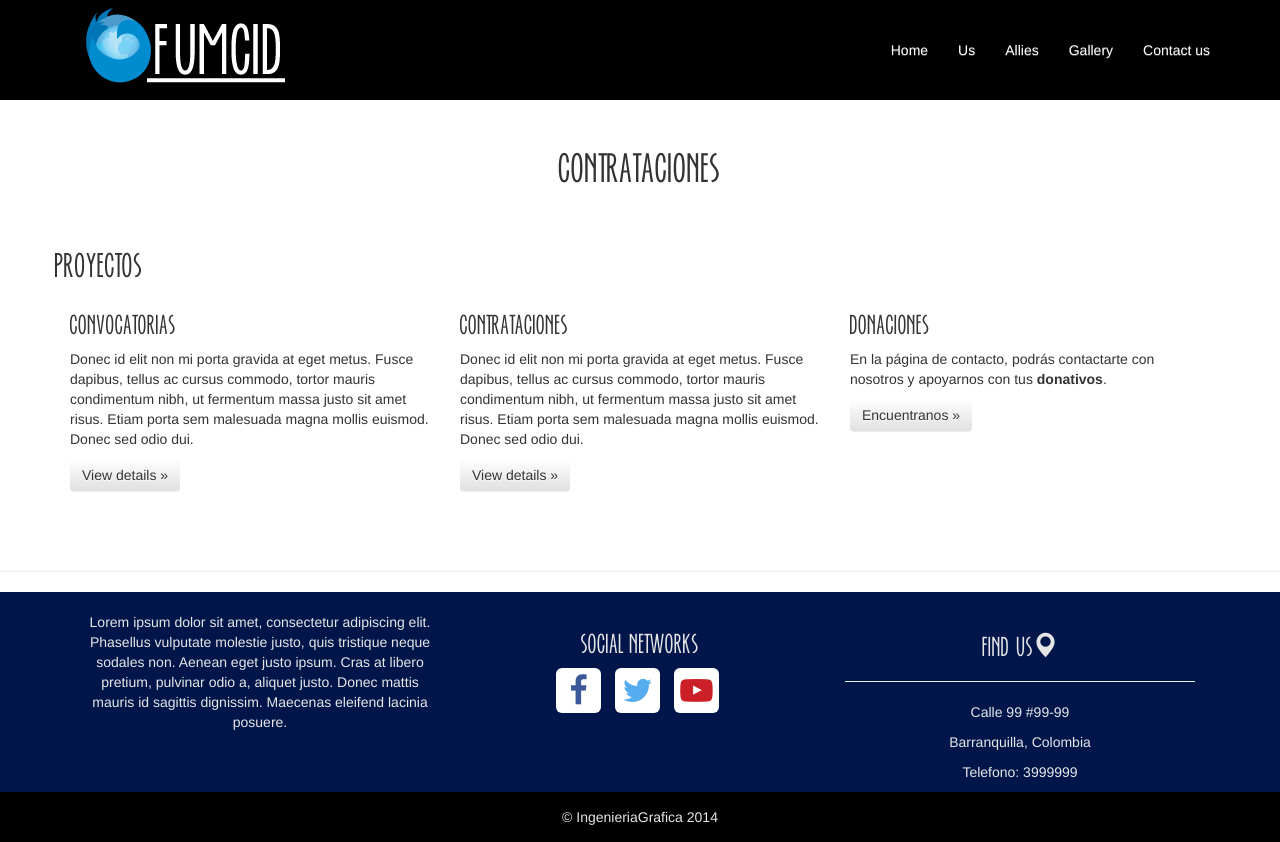
Repository: aarguelles93/Prototipo-portal-FUMCID
Page: http://localhost/contrataciones.php
The author's editor kept a record of every edit. The page is drawn from the files as they stood at one moment, then again after the next edit.
The browser window is 1280 px wide. The pictures show the whole page.
Some web libraries are served in a nearby version. The page is run by PHP 8.4 with error messages shown; the project is at /var/www/html/. Other server files are loaded and not shown.

Above is the page before.

### contrataciones.php
<?php $active_page = 99; //!!! ?>
<!DOCTYPE html>
<!--[if lt IE 7]>      <html class="no-js lt-ie9 lt-ie8 lt-ie7"> <![endif]-->
<!--[if IE 7]>         <html class="no-js lt-ie9 lt-ie8"> <![endif]-->
<!--[if IE 8]>         <html class="no-js lt-ie9"> <![endif]-->
<!--[if gt IE 8]><!--> <html class="no-js"> <!--<![endif]-->
    <?php require_once('_php/templates/head.php'); ?>
    <body>
        <!--[if lt IE 7]>
            <p class="browsehappy">You are using an <strong>outdated</strong> browser. Please <a href="http://browsehappy.com/">upgrade your browser</a> to improve your experience.</p>
        <![endif]-->
    <?php require_once('_php/templates/header.php'); ?>


    <div class="container">
        <div class="content-padded">
            <h1 class="text-center">Contrataciones</h1>
        </div>
    </div>

    <div class="container container-padded">
      <!-- Example row of columns -->
      <div class="row">
        <h2>Proyectos</h2>
        <div class="col-md-4">
          <h3>Convocatorias</h3>
          <p>Donec id elit non mi porta gravida at eget metus. Fusce dapibus, tellus ac cursus commodo, tortor mauris condimentum nibh, ut fermentum massa justo sit amet risus. Etiam porta sem malesuada magna mollis euismod. Donec sed odio dui. </p>
          <p><a class="btn btn-default" href="#" role="button">View details &raquo;</a></p>
        </div>
        <div class="col-md-4">
          <h3>Contrataciones</h3>
          <p>Donec id elit non mi porta gravida at eget metus. Fusce dapibus, tellus ac cursus commodo, tortor mauris condimentum nibh, ut fermentum massa justo sit amet risus. Etiam porta sem malesuada magna mollis euismod. Donec sed odio dui. </p>
          <p><a class="btn btn-default" href="#" role="button">View details &raquo;</a></p>
       </div>
        <div class="col-md-4">
          <h3>Donaciones</h3>
          <p>En la página de contacto, podrás contactarte con nosotros y apoyarnos con tus <strong>donativos</strong>.</p>
          <p><a class="btn btn-default" href="/contactenos.php" role="button">Encuentranos &raquo;</a></p>
        </div>
      </div>
    </div> <!-- /container -->

    <hr>

    <?php
    require_once ($_SERVER['DOCUMENT_ROOT'].'/_php/templates/footer.php');
    ?>


    <script src="//ajax.googleapis.com/ajax/libs/jquery/1.11.1/jquery.js"></script>
        <script>window.jQuery || document.write('<script src="js/vendor/jquery-1.11.1.js"><\/script>')</script>

        <script src="js/vendor/bootstrap.js"></script>

        <script src="js/main.js"></script>

        <!-- Google Analytics: change UA-XXXXX-X to be your site's ID. -->
        <script>
            (function(b,o,i,l,e,r){b.GoogleAnalyticsObject=l;b[l]||(b[l]=
            function(){(b[l].q=b[l].q||[]).push(arguments)});b[l].l=+new Date;
            e=o.createElement(i);r=o.getElementsByTagName(i)[0];
            e.src='//www.google-analytics.com/analytics.js';
            r.parentNode.insertBefore(e,r)}(window,document,'script','ga'));
            ga('create','UA-XXXXX-X');ga('send','pageview');
        </script>


    </body>
</html>

### _php/templates/head.php
<?php
session_start();
require ($_SERVER['DOCUMENT_ROOT'].'/_php/languages/langSelector.php');
?>
<head>
    <meta charset="utf-8">
    <meta http-equiv="X-UA-Compatible" content="IE=edge,chrome=1">
    <title>FUMCID
    <?php
    switch($active_page){
        case 0:
            print(' - ' . NAVBAR_HOME);
            break;
        case 1:
            print(' - ' . NAVBAR_US);
            break;
        case 2:
            print(' - ' . NAVBAR_ALLIES);
            break;
        case 3:
            print(' - ' . NAVBAR_GALLERY);
            break;
        case 4:
            print(' - ' . NAVBAR_CONTACT);
            break;
        default:
            break;
    }
    ?></title>
    <meta name="description" content="">
    <meta name="viewport" content="width=device-width, initial-scale=1">
    <link rel="icon" type="image/ico" href="favicon.ico"/>

    <link rel="stylesheet" href="/css/bootstrap.css">
    <style>
        body {
            padding-top: 100px;

        }
    </style>
    <link rel="stylesheet" href="/css/bootstrap-theme.css">
    <link href="//maxcdn.bootstrapcdn.com/font-awesome/4.2.0/css/font-awesome.min.css" rel="stylesheet">
    <link rel="stylesheet" href="/css/bootstrap-social.css">
    <link rel="stylesheet" href="/css/main.css">

    <script src="/js/vendor/modernizr-2.6.2-respond-1.1.0.min.js"></script>
</head>

### _php/languages/langSelector.php
<?php
function setLanguage(){
    if (isset($_GET['lang'])){
        // Else, use the GET var for LANG, and then set the SESSION var
        if($_GET['lang']=='pt'){
            require('pt.php');
            $_SESSION['lang']='pt';
        }elseif($_GET['lang']=='es'){
            require('es.php');
            $_SESSION['lang']='es';
        }else{
            require('en.php');
            $_SESSION['lang']='en';
        }
    }
    elseif(isset($_SESSION['lang'])){
        //  First, if lang is set on a SESSION Var, use it
        if($_SESSION['lang']== 'pt'){
            require('pt.php');
        }elseif($_SESSION['lang']=='es'){
            require('es.php');
        }else{
            require('en.php');
        }
    }else{
        // If none of the above are set, work with default english lang
        require('en.php');
    }

}

setLanguage();

?>

### _php/languages/en.php
<?php
//Navbar Headers
define('NAVBAR_HOME','Home');
define('NAVBAR_US','Us');
define('NAVBAR_US_WHO','Who are we?');
define('NAVBAR_US_MISSION','Mission');
define('NAVBAR_US_VISION','Vision');
define('NAVBAR_US_OBJECTIVES','Objectives');
define('NAVBAR_ALLIES','Allies');
define('NAVBAR_GALLERY', 'Gallery');
define('NAVBAR_CONTACT', 'Contact us');

//Footer Headers
define('FOOTER_SOCIAL','Social Networks');
define('FOOTER_CONTACT','Find us');
?>

### _php/templates/header.php
<div class="navbar navbar-custom navbar-fixed-top" role="navigation">
  <div class="container">
    <div class="navbar-header">
      <button type="button" class="navbar-toggle" data-toggle="collapse" data-target=".navbar-collapse">
        <span class="glyphicon glyphicon-list" aria-hidden="true"></span>
      </button>
      <a class="navbar-brand" href="/"><img alt="Brand" src="/img/fumcid-icon.png"></a>
    </div>
    <div  id="spyied"  class="navbar-collapse collapse">
      <ul class="nav navbar-nav navbar-right">

        <?php

        $pages[0] = '<a href="/home.php">' . NAVBAR_HOME . '</a>';
        //page1
        $pages[1]='<a href="/nosotros/" class="dropdown-toggle" data-toggle="dropdown" role="button" aria-expanded="false">' . NAVBAR_US . '</a>
          <ul class="dropdown-menu" role="menu">
            <li><a href="/nosotros.php#quienes" data-target="#quienes">' . NAVBAR_US_WHO . '</a></li>
            <li><a href="/nosotros.php#mision" data-target="#mision">'. NAVBAR_US_MISSION .'</a></li>
            <li><a href="/nosotros.php#vision" data-target="#vision">'. NAVBAR_US_VISION .'</a></li>
          </ul>';
        $pages[2] = '<a href="/aliados.php">'.NAVBAR_ALLIES.'</a>';
        $pages[3] = '<a href="/galeria.php">'.NAVBAR_GALLERY.'</a>';
        $pages[4] = '<a href="/contactenos.php">'.NAVBAR_CONTACT.'</a>';

        $count = 0;
        foreach($pages as $page=>$content){
            if($count == 1){
                //en caso que $page sea la pag con dropdown
                $li_str = '<li class="dropdown">';
                if($page == $active_page){
                    $li_str = '<li class="dropdown active">';
                }
            }else{
                //en caso de que $page sea cualquier otra pag
                $li_str = '<li>';
                if($page == $active_page){
                    $li_str = '<li class="active">';
                }
            }
            $li_str .= $content.'</li>';
            print($li_str);

            //$count -> Indice de página actual. Sirve para identificar el dropdown
            $count = $count + 1;
        }
        ?>

      </ul>
    </div><!--/.navbar-collapse -->
  </div>
</div>

### _php/templates/footer.php

<footer class="text-center">
  <div class="footer-above">
    <div class="container">
      <div class="col-md-4">
        <p>Lorem ipsum dolor sit amet, consectetur adipiscing elit. Phasellus vulputate molestie justo, quis tristique neque sodales non. Aenean eget justo ipsum. Cras at libero pretium, pulvinar odio a, aliquet justo. Donec mattis mauris id sagittis dignissim. Maecenas eleifend lacinia posuere. </p>
      </div>
      <div class="col-md-4">
        <h3><?php print(FOOTER_SOCIAL); ?></h3>
        <ul class="list-inline">
          <li><a class="btn btn-social-icon btn-lg btn-facebook" href="https://www.facebook.com/fumcid" target="_blank"><i class="fa fa-facebook"></i></a></li>
          <li><a class="btn btn-social-icon btn-lg btn-twitter" href="https://twitter.com/fumcidongd" target="_blank"><i class="fa fa-twitter"></i></a></li>
          <li><a class="btn btn-social-icon btn-lg btn-pinterest"><i class="fa fa-youtube-play"></i></a></li>
        </ul>
      </div>
      <div class="col-md-4">
        <h3><?php print(FOOTER_CONTACT) ?><span class="glyphicon glyphicon-map-marker" aria-hidden="true"></span></h3>
        <hr>
        <p>Calle 99 #99-99</p>
        <p>Barranquilla, Colombia</p>
        <p>Telefono: 3999999</p>
      </div>
    </div>
  </div>
  <div class="footer-below">
    <p>&copy; IngenieriaGrafica 2014</p>
  </div>
</footer>

### css/main.css


/* ==========================================================================
   Author's custom styles
   ========================================================================== */
body{
   height:100%;
   position:relative;
}


@font-face {
    font-family: ever_afterregular;
    src: url("../fonts/ever_after_font/everafte-webfont.eot");
    src: url('../fonts/ever_after_font/everafte-webfont.eot?#iefix') format('embedded-opentype'),
         url('../fonts/ever_after_font/everafte-webfont.woff2') format('woff2'),
         url('../fonts/ever_after_font/everafte-webfont.woff') format('woff'),
         url('../fonts/ever_after_font/everafte-webfont.ttf') format('truetype'),
         url('../fonts/ever_after_font/everafte-webfont.svg#ever_afterregular') format('svg');

    font-weight: normal;
    font-style: normal;

}

h1, h2, h3, h4, h5, h6{
   font-family: ever_afterregular, Helvetica, Arial, sans-serif ;
   text-transform: uppercase;
}

.container-padded{
   padding-bottom:50px;
}

.navbar-custom{
   background-color:#000 !important;

   height:100px;
   padding-top:0px;
}
.navbar-brand{
   padding: 5px;
}
ul.navbar-right{
   padding-top:25px;
}
.navbar-toggle{
   background-color:#191919;
}
.navbar-collapse{
   background-color:black;
}
.navbar-custom a, .dropdown-menu > li > a{
   color: #FFF;
}
/*Navbar item seleccionado-activo*/
.navbar-custom .navbar-nav > .active {
   background-color:#008CCF ;
   border-radius:2px;
}
.navbar-custom .navbar-nav > .dropdown ul {
   background-color:#4A4B4C;
}

.nav > li > a:hover, .nav > li > a:focus, .dropdown-menu > li > a:hover,
.dropdown-menu > li > a:focus {
   background-color:#4A4A4A;
   border-radius:2px;

}

#header a{
   color:#FFFFFF;
}

/*Button properties*/
.btn-primary{
   background-color:#008CCF;
   background-image:none;
}
.btn{
   border:none;
}

#myCarousel{
   padding:0px;
}

#myCarousel img{
   width:100%;
}

.embed-responsive{
   margin-bottom: 5px;
   margin-top: 5px;
}

footer{
   background-color: #000;
   bottom:0;
   clear:both;
   min-height:250px;
   margin-bottom:-10px;

}
footer p, footer h3{
   color:#E6E6E6;
}

.footer-above{
   background-color: #00164A;
   min-height:200px;
   padding-top:20px;
}
.footer-below{
   min-height:50px;
   padding-top:15px;
}
.btn-twitter, .btn-facebook, .btn-pinterest{
   background-color: white;
}
.btn-facebook:hover{
   background-color: #3B5998;
}
.btn-twitter{
   color: #55ACEE;
}
.btn-facebook{
   color: #3B5998;
}
.btn-pinterest{
   color: #CB2027;
}
/* Aliados */

/* Nosotros */
.content-padded{
   padding-top:30px;
   padding-bottom:30px;
}
.nosotros-padded{
   padding-top:80px;
   padding-bottom:0px;
}
/* Contactenos */
#contactos{
   padding-top:20px;
   padding-bottom:20px;
   min-height:240px;
}
#contact-container{
   padding:40px 0px;
}
#contact-container button{
   padding:10px 30px;
}
textarea{
   resize:none;
}
#map-container{
   height: 100%;
}
#map-canvas{
 min-height:300px;
 height:100% !important;
}

Loaded but not shown: css/bootstrap.css (library); css/bootstrap-theme.css (library); css/bootstrap-social.css (library); js/main.js (no stored copy; drawn as an empty file)

After the next edit:
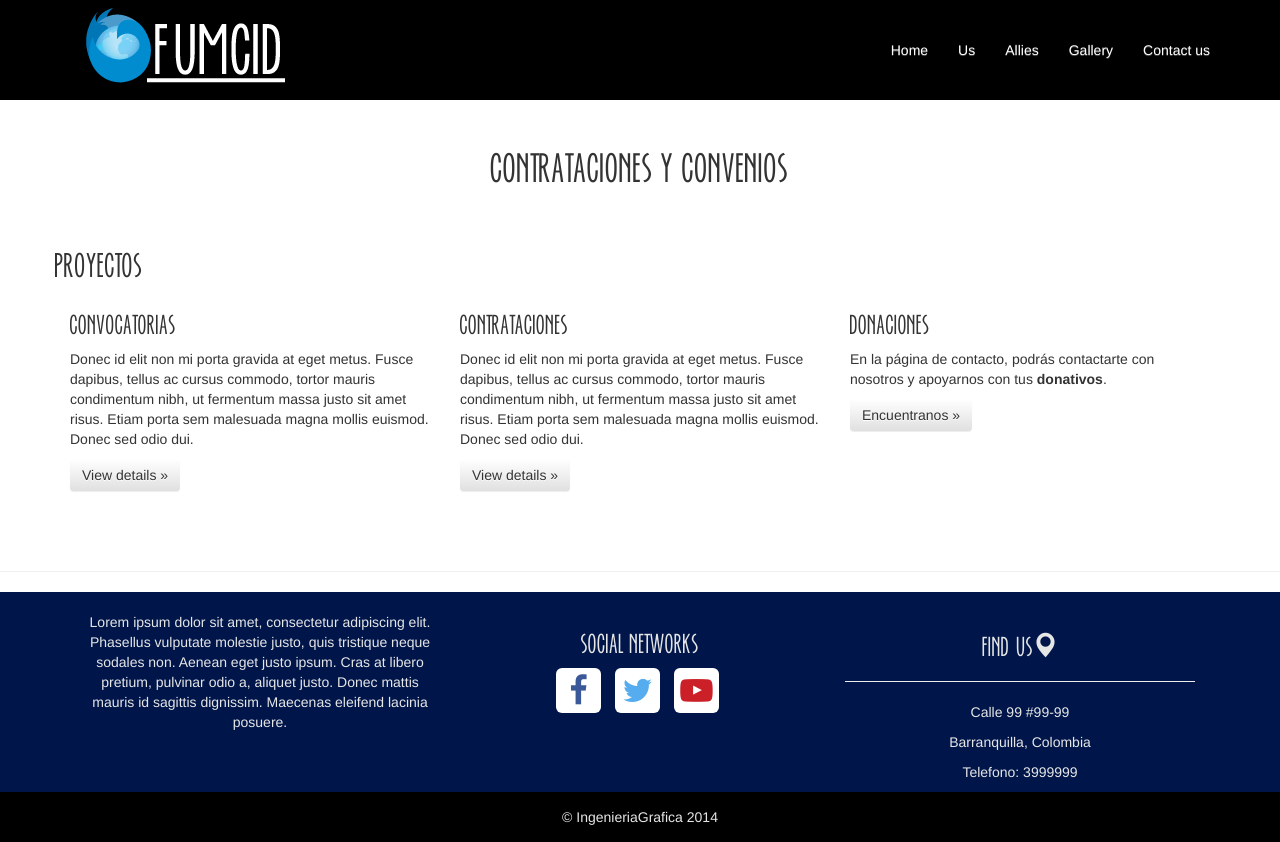
The edit:
--- a/contrataciones.php
+++ b/contrataciones.php
@@ -14,7 +14,7 @@
 
     <div class="container">
         <div class="content-padded">
-            <h1 class="text-center">Contrataciones</h1>
+            <h1 class="text-center">Contrataciones y convenios</h1>
         </div>
     </div>
 
